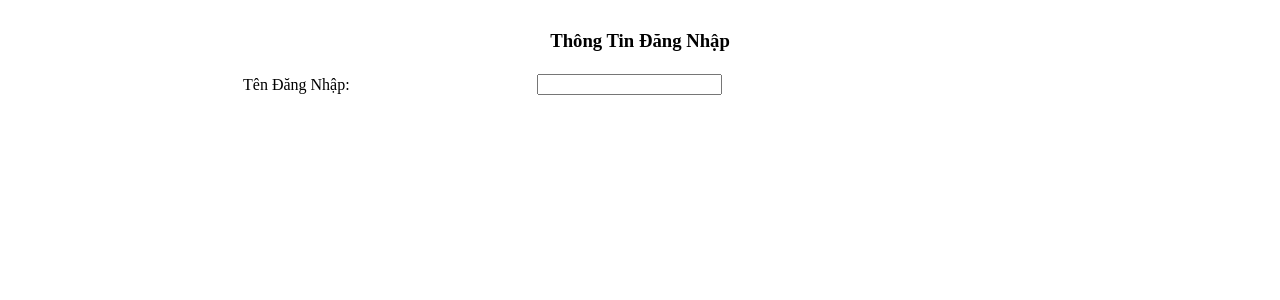
Repository: Tan-Khang21/TH_TKW--Buoi_04
Page: Bai_Tap_Tren_Lop/Bai_01/Form5.html
An editor plug-in stored every save of this project. The page is shown before and after the next save, followed by the edit.
The browser window is 1280 px wide. The pictures show the whole page.

Above is the page before, as saved 2024-03-06 10:55:51.

### Bai_Tap_Tren_Lop/Bai_01/Form5.html
<!DOCTYPE html>
<html lang="en">
<head>
    <meta charset="UTF-8">
    <meta name="viewport" content="width=device-width, initial-scale=1.0">
    <title>Document</title>
</head>
<body>
    <div style="width: 1000px;margin: 0 auto;">
        <table align="center" style="width: 800px;">
            <tr>
                <th colspan="3"><h3>Thông Tin Đăng Nhập</h3></th>
            </tr>
            <tr>
                <td>Tên Đăng Nhập:</td>
                <td  colspan="2"><input type="text"></td>
            </tr>
        </table>
    </div>

</body>
</html>

After the next save:
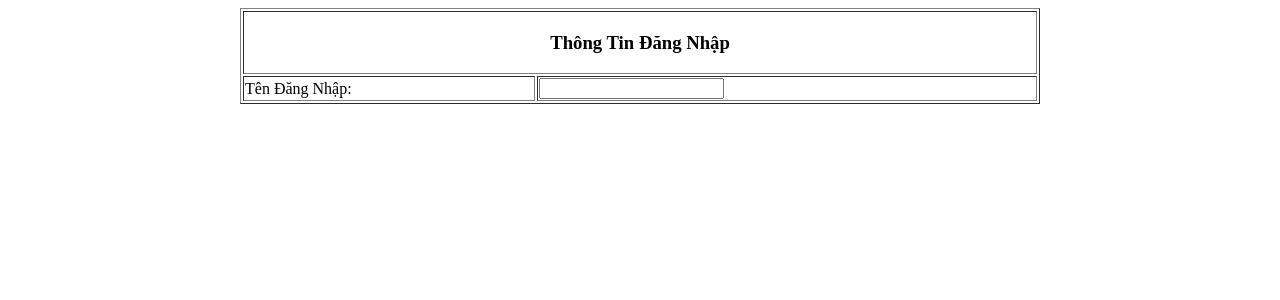
Saved 21 s later.
--- a/Bai_Tap_Tren_Lop/Bai_01/Form5.html
+++ b/Bai_Tap_Tren_Lop/Bai_01/Form5.html
@@ -7,7 +7,7 @@
 </head>
 <body>
     <div style="width: 1000px;margin: 0 auto;">
-        <table align="center" style="width: 800px;">
+        <table align="center" border="1px" style="width: 800px;">
             <tr>
                 <th colspan="3"><h3>Thông Tin Đăng Nhập</h3></th>
             </tr>
